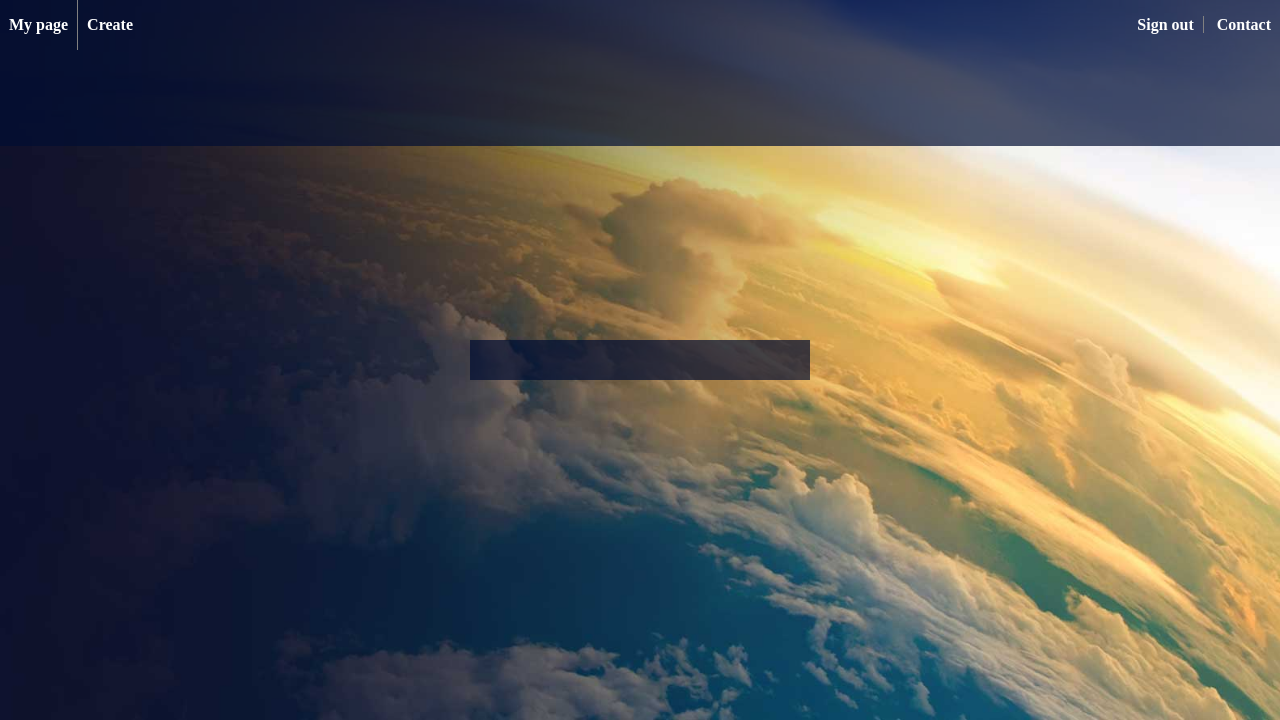
Repository: leeboseok/proposal-board
Page: http://localhost/ProposalSys/main.jsp
These files come from the project's save history. The page is drawn as it stood at one moment and after the next save; the edit follows.
The browser window is 1280 px wide. The pictures show the whole page.
The page is served by Tomcat 9. Other server files are loaded and not shown. Queries for data that is not in the repository find no rows.

Above is the page before, as saved 2024-08-08 04:07:08.

### ProposalSys/src/main/webapp/main.jsp
<%@ page language="java" contentType="text/html; charset=utf-8"
    pageEncoding="utf-8"%>
<%@ page import="java.sql.*" %>
<!DOCTYPE html>
<html>
	<head>
		<meta charset="utf-8">
		<title>메인 페이지 입니다.</title>
		<link rel="stylesheet" href="css/main.css">
		<style>
            /*#menu {width: 100%; display: flex; justify-content:center; }*/
		</style>
	</head>
	<body>
		<%
			String test=(String)session.getAttribute("fn");
			String admin=(String)session.getAttribute("admin");
			System.out.println(test);
		%>
		<div id="wrap">
			<div class="header">
				<div class="top">
					<div class="left">
						<%
							if("admin".equals(admin)){
								%>
									<a href="memberedit.jsp">User list</a>
									<a href="admincontactview.jsp">User inquire</a>
								<%
							}else
						%>
						<a href="mypage.jsp">My page</a>
						<a href="create.jsp">Create</a>
					</div>
					<div class="right">
						<a href="logoutprogress.jsp">Sign out</a>
						<a href="admincontact.jsp">Contact</a>
					</div>
				</div>
			</div>
			<div class="body">
			<%
				Connection conn=null;
				Statement stmt=null;
				ResultSet rs=null;
				String pg=request.getParameter("page");

				int currentPage=(pg!=null)?Integer.parseInt(pg):1;
				int recordsPerPage=5;
				int start=(currentPage-1)*recordsPerPage;

				String url="jdbc:mysql://127.0.0.1:3306/fm_global";
				String db_id="root";
				String db_pw="iotiot";
				try{
					Class.forName("com.mysql.cj.jdbc.Driver");
					conn=DriverManager.getConnection(url, db_id, db_pw);

					String countSql="select count(*) from proposals";

					stmt=conn.createStatement();
					rs=stmt.executeQuery(countSql);
					int totalRecords=0;
					if(rs.next()){
						totalRecords=rs.getInt(1);
					}
					rs.close();
					stmt.close();

					int totalPages=(int)Math.ceil((double) totalRecords / recordsPerPage);
					String sql="select p.num, p.title, m.fn, m.ln, m.job, m.location, p.created_at from proposals p join member m on p.author=m.num ";
					sql+= "order by p.created_at desc "+"limit "+start+","+recordsPerPage;
					stmt=conn.createStatement();
					rs=stmt.executeQuery(sql);
					System.out.println(sql);

					while(rs.next()){
						int num=rs.getInt("num");
						String title=rs.getString("title");
						String firstName=rs.getString("fn");
						String lastName=rs.getString("ln");
						String job=rs.getString("job");
						String location=rs.getString("location");
						String createdAt=rs.getString("created_at");
						%>
							<div class="list">
								<a href="viewpage.jsp?num=<%=num %>">
									<%=title %> <br>
									Name : <%=firstName+" "+lastName %> Position : <%=job %>
									Location : <%=location %><br>
									<%=createdAt %>
								</a>
							</div>
						<%
					}
					%>
					</div>
						<div class="pagination">
						<%
							if(currentPage>1){
								out.println("<a href='?page=" + (currentPage-1)+"'>Previous</a>");
							}
							for(int i=1; i<=totalPages; i++){
								if(i==currentPage){
									out.println("<strong>"+i+"</strong>");
								}else{
									out.println("<a href='?page="+i+"'>"+i+"</a>");
								}
							}
							if(currentPage<totalPages){
								out.println("<a href='?page="+(currentPage+1)+"'>Next</a>");
							}
						%>
						</div>
					<%
				}catch(Exception e){
					System.out.println("접속 중 오류 발생" + e);
				}finally{
					try{
						if(rs!=null)rs.close();
						if(stmt!=null)stmt.close();
						if(conn!=null)conn.close();
					}catch(Exception ex){
						System.out.println("접속 해제 중 오류 발생"+ex);
					}
				}
			%>
		</div>
	</body>
</html>

### ProposalSys/src/main/webapp/css/main.css
@charset "UTF-8";

html, body {
    height: 100%;
    margin: 0;
}

html {
    background-image: url('../images/hero-earth.jpg');
    background-size: cover;
    background-position: center;
    background-repeat: no-repeat;
}

#wrap{
    width:100%;
    height:100%;
    display:flex;
    justify-content:center;
    align-items:center;
    position:absolute;
    top:0;
    left:0;
    overflow:hidden;
}
.pan{
    width:100%;
    height:100%;
    position:relative;
    top:0;
}
.pan > div{
    height:100%;
}

/* 헤더처리 */
.header{
    position:absolute;
    width:100%;
    height:146px;
    top:0;
    left:0;
    background-color:rgba(0,14,51,0.7);
    top:0;
    left:0;
    z-index:99;
}
.header .top{
    width:100%;
    height:50px;
}
.header .bot{
    width:100%;
    height:95px;
}
.header .top .left a{
    float:left;
}
.header .top a{
    text-decoration:none;
    color:white;
    line-height:50px;
    font-weight:600;
    border-right:1px solid gray;
    padding:0px 9px;
}
.header .top a:last-child{
    border-right:0px solid gray;
}
.header .top .right{
    float:right;
}
.body {
	padding-top: 146px; /* 헤더 높이만큼 패딩을 추가하여 body가 헤더 아래에 위치하도록 함 */
}

.list {
    padding: 20px;
    margin: 0 auto;
    width: 80%;
}

.list a{
	text-decoration:none;
	color:white;
}

.list a:hover{
	background-color: rgba(255, 255, 255, 0.5);
    color: #000;
}

.pagination {
	margin:0 auto;
	width:300px;
    text-align: center;
    padding: 20px;
    background-color: rgba(0, 14, 51, 0.7);
    color: white;
}

.pagination a {
    color: #fff;
    text-decoration: none;
    padding: 5px 10px;
}

.pagination a:hover {
    text-decoration: underline;
}

.pagination strong {
    font-weight: bold;
}

After the next save:
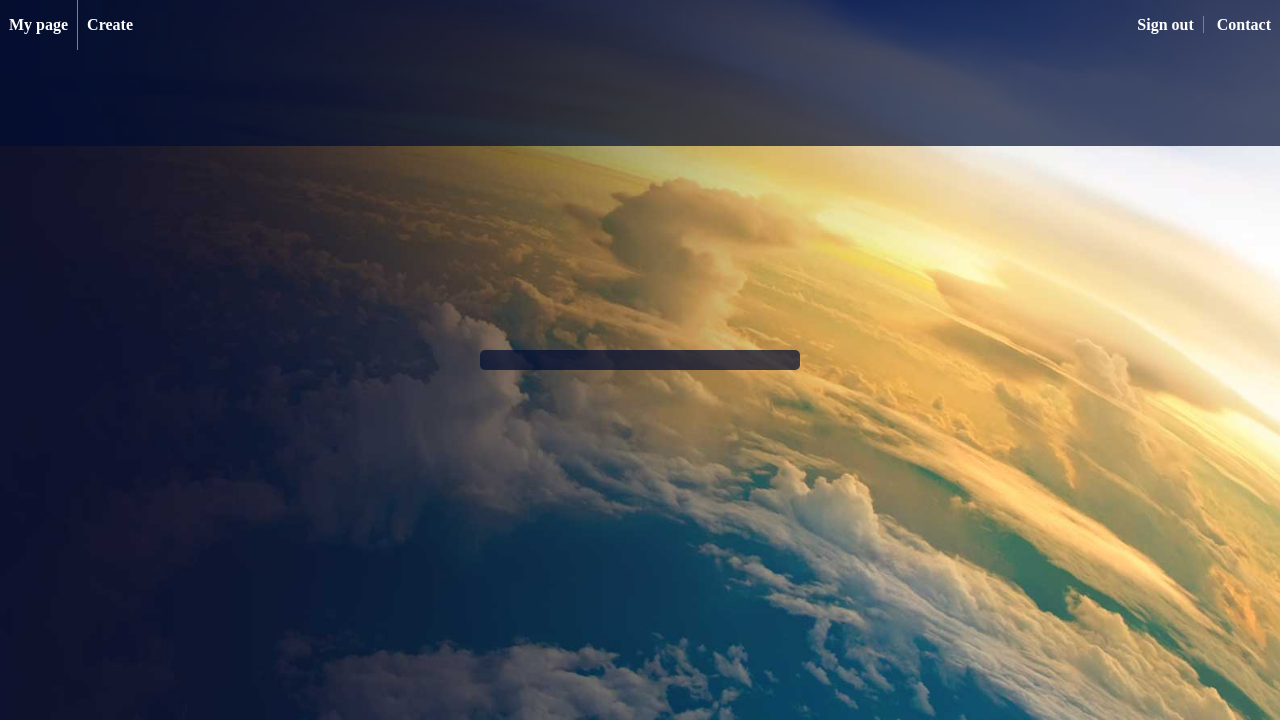
Saved 77 s later.
--- a/ProposalSys/src/main/webapp/css/main.css
+++ b/ProposalSys/src/main/webapp/css/main.css
@@ -12,91 +12,86 @@
     background-repeat: no-repeat;
 }
 
-#wrap{
-    width:100%;
-    height:100%;
-    display:flex;
-    justify-content:center;
-    align-items:center;
-    position:absolute;
-    top:0;
-    left:0;
-    overflow:hidden;
-}
-.pan{
-    width:100%;
-    height:100%;
-    position:relative;
-    top:0;
-}
-.pan > div{
-    height:100%;
+#wrap {
+    width: 100%;
+    height: 100%;
+    display: flex;
+    justify-content: center;
+    align-items: center;
+    position: absolute;
+    top: 0;
+    left: 0;
+    overflow: hidden;
 }
 
-/* 헤더처리 */
-.header{
-    position:absolute;
-    width:100%;
-    height:146px;
-    top:0;
-    left:0;
-    background-color:rgba(0,14,51,0.7);
-    top:0;
-    left:0;
-    z-index:99;
+.body {
+    padding-top: 146px; /* 헤더 높이만큼 패딩을 추가하여 body가 헤더 아래에 위치하도록 함 */
 }
-.header .top{
-    width:100%;
-    height:50px;
+
+.header {
+    position: fixed; /* 고정 헤더로 변경 */
+    width: 100%;
+    height: 146px;
+    background-color: rgba(0, 14, 51, 0.7);
+    top: 0;
+    left: 0;
+    z-index: 99;
 }
-.header .bot{
-    width:100%;
-    height:95px;
+
+.header .top {
+    width: 100%;
+    height: 50px;
 }
-.header .top .left a{
-    float:left;
+
+.header .top .left a {
+    float: left;
 }
-.header .top a{
-    text-decoration:none;
-    color:white;
-    line-height:50px;
-    font-weight:600;
-    border-right:1px solid gray;
-    padding:0px 9px;
+
+.header .top a {
+    text-decoration: none;
+    color: white;
+    line-height: 50px;
+    font-weight: 600;
+    border-right: 1px solid gray;
+    padding: 0 9px;
 }
-.header .top a:last-child{
-    border-right:0px solid gray;
+
+.header .top a:last-child {
+    border-right: 0;
 }
-.header .top .right{
-    float:right;
-}
-.body {
-	padding-top: 146px; /* 헤더 높이만큼 패딩을 추가하여 body가 헤더 아래에 위치하도록 함 */
+
+.header .top .right {
+    float: right;
 }
 
 .list {
+    width: 80%;
+    margin: 20px auto;
     padding: 20px;
-    margin: 0 auto;
-    width: 80%;
+    background-color: rgba(0, 0, 0, 0.5); /* 배경색 및 투명도 조정 */
+    border-radius: 5px;
+    transition: background-color 0.3s, color 0.3s; /* 호버 효과 추가 */
 }
 
-.list a{
-	text-decoration:none;
-	color:white;
+.list a {
+    text-decoration: none;
+    color: white;
+    display: block;
 }
 
-.list a:hover{
-	background-color: rgba(255, 255, 255, 0.5);
+.list a:hover {
+    background-color: rgba(255, 255, 255, 0.5);
     color: #000;
 }
 
 .pagination {
-	margin:0 auto;
-	width:300px;
+    margin: 20px auto;
+    width: 300px;
     text-align: center;
-    padding: 20px;
+    padding: 10px;
     background-color: rgba(0, 14, 51, 0.7);
     color: white;
+    border-radius: 5px;
 }
 
 .pagination a {

After the 2 saves that followed:
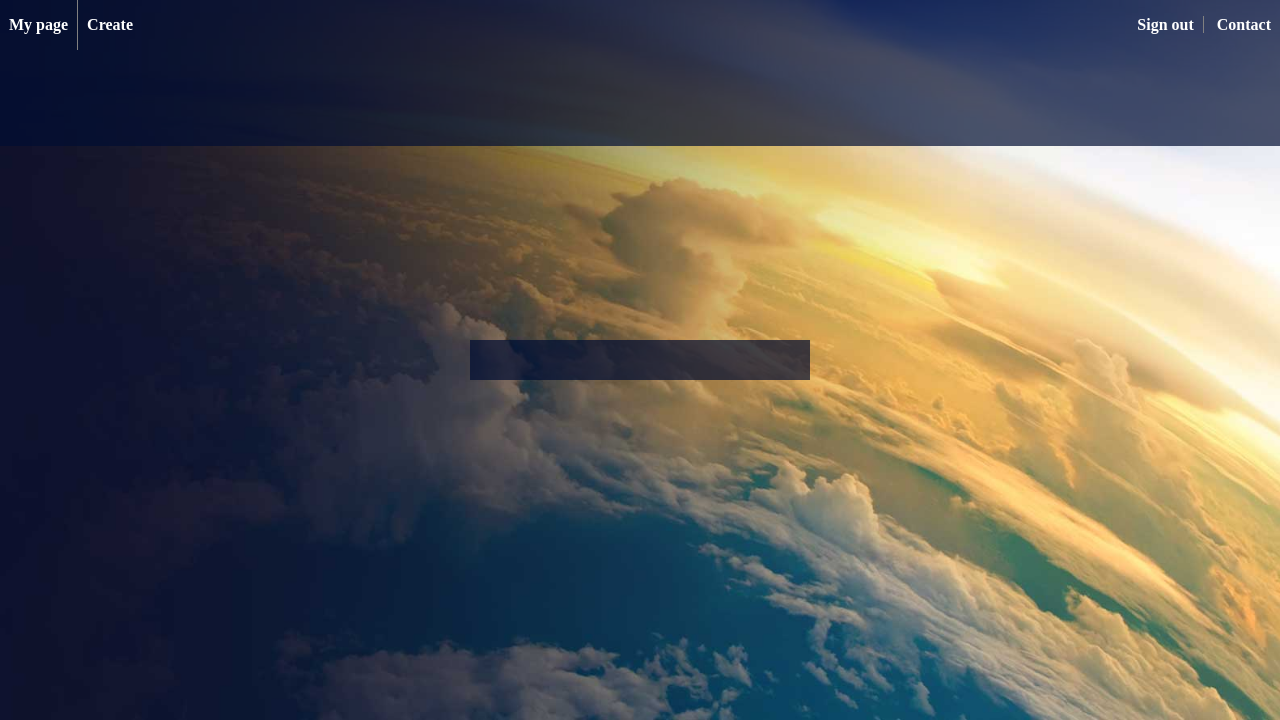
The 2 saves are shown as one change because 1 left the picture as it was.
The last was saved 2 min 59 s later.
--- a/ProposalSys/src/main/webapp/css/main.css
+++ b/ProposalSys/src/main/webapp/css/main.css
@@ -12,86 +12,94 @@
     background-repeat: no-repeat;
 }
 
-#wrap {
-    width: 100%;
-    height: 100%;
-    display: flex;
-    justify-content: center;
-    align-items: center;
-    position: absolute;
-    top: 0;
-    left: 0;
-    overflow: hidden;
+#wrap{
+    width:100%;
+    height:100%;
+    display:flex;
+    justify-content:center;
+    align-items:center;
+    position:absolute;
+    top:0;
+    left:0;
+    overflow:hidden;
+}
+.body{
+	padding-top:146px;
+}
+.pan{
+    width:100%;
+    height:100%;
+    position:relative;
+    top:0;
+}
+.pan > div{
+    height:100%;
 }
 
+/* 헤더처리 */
+.header{
+    position:absolute;
+    width:100%;
+    height:146px;
+    top:0;
+    left:0;
+    background-color:rgba(0,14,51,0.7);
+    top:0;
+    left:0;
+    z-index:99;
+}
+.header .top{
+    width:100%;
+    height:50px;
+}
+.header .bot{
+    width:100%;
+    height:95px;
+}
+.header .top .left a{
+    float:left;
+}
+.header .top a{
+    text-decoration:none;
+    color:white;
+    line-height:50px;
+    font-weight:600;
+    border-right:1px solid gray;
+    padding:0px 9px;
+}
+.header .top a:last-child{
+    border-right:0px solid gray;
+}
+.header .top .right{
+    float:right;
+}
 .body {
-    padding-top: 146px; /* 헤더 높이만큼 패딩을 추가하여 body가 헤더 아래에 위치하도록 함 */
-}
-
-.header {
-    position: fixed; /* 고정 헤더로 변경 */
-    width: 100%;
-    height: 146px;
-    background-color: rgba(0, 14, 51, 0.7);
-    top: 0;
-    left: 0;
-    z-index: 99;
-}
-
-.header .top {
-    width: 100%;
-    height: 50px;
-}
-
-.header .top .left a {
-    float: left;
-}
-
-.header .top a {
-    text-decoration: none;
-    color: white;
-    line-height: 50px;
-    font-weight: 600;
-    border-right: 1px solid gray;
-    padding: 0 9px;
-}
-
-.header .top a:last-child {
-    border-right: 0;
-}
-
-.header .top .right {
-    float: right;
+	padding-top: 146px; /* 헤더 높이만큼 패딩을 추가하여 body가 헤더 아래에 위치하도록 함 */
 }
 
 .list {
+    padding: 20px;
+    margin: 0 auto;
     width: 80%;
-    margin: 20px auto;
-    padding: 20px;
-    background-color: rgba(0, 0, 0, 0.5); /* 배경색 및 투명도 조정 */
-    border-radius: 5px;
-    transition: background-color 0.3s, color 0.3s; /* 호버 효과 추가 */
 }
 
-.list a {
-    text-decoration: none;
-    color: white;
-    display: block;
+.list a{
+	text-decoration:none;
+	color:white;
 }
 
-.list a:hover {
-    background-color: rgba(255, 255, 255, 0.5);
+.list a:hover{
+	background-color: rgba(255, 255, 255, 0.5);
     color: #000;
 }
 
 .pagination {
-    margin: 20px auto;
-    width: 300px;
+	margin:0 auto;
+	width:300px;
     text-align: center;
-    padding: 10px;
+    padding: 20px;
     background-color: rgba(0, 14, 51, 0.7);
     color: white;
-    border-radius: 5px;
 }
 
 .pagination a {
